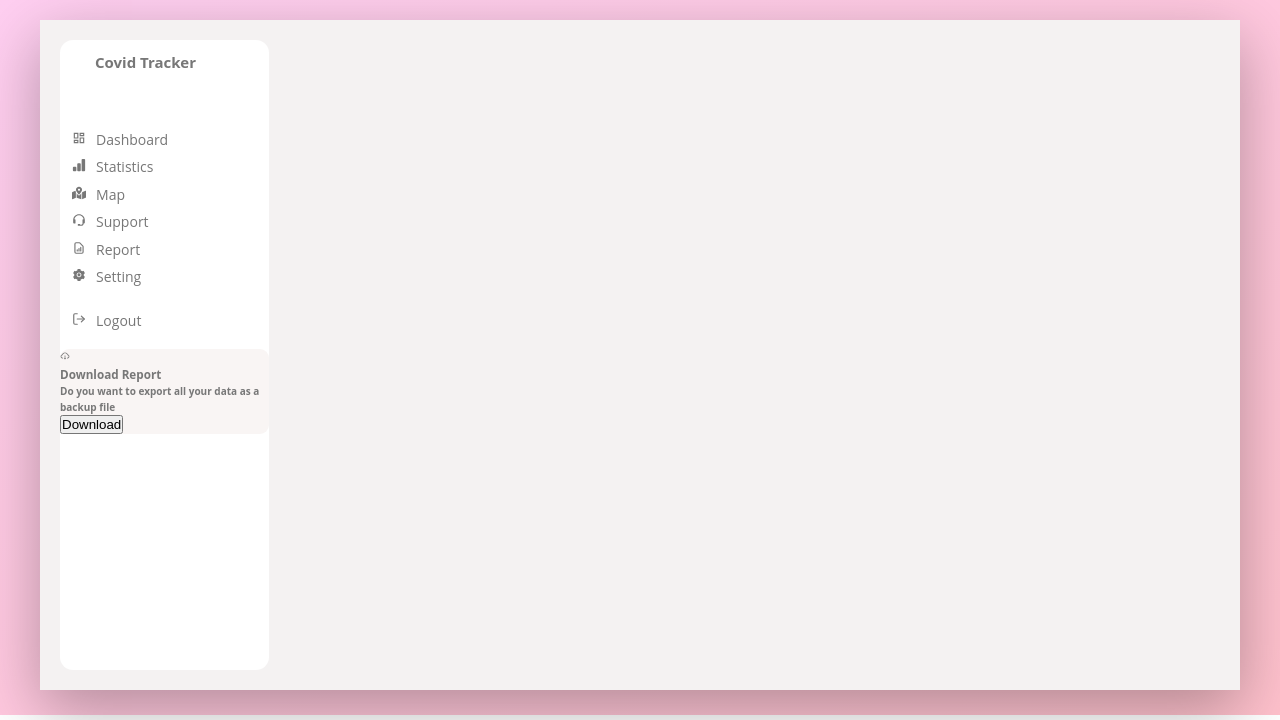
Repository: okidijimmy200/CovidAdminTracker
Page: /
An editor plug-in stored every save of this project. The page is shown before and after the next save, followed by the edit.
The browser window is 1280 px wide. The pictures show the whole page.
The project was rebuilt for these pictures with package versions that can differ from the ones it lists, and the page was loaded fresh each time.

Above is the page before, as saved 2022-06-16 12:36:50.

### public/index.html
<!DOCTYPE html>
<html lang="en">
  <head>
    <meta charset="utf-8" />
    <link rel="icon" href="%PUBLIC_URL%/favicon.ico" />
    <meta name="viewport" content="width=device-width, initial-scale=1" />
    <meta name="theme-color" content="#000000" />
    <meta
      name="description"
      content="Web site created using create-react-app"
    />
    <link rel="apple-touch-icon" href="%PUBLIC_URL%/logo192.png" />
    <!--
      manifest.json provides metadata used when your web app is installed on a
      user's mobile device or desktop. See https://developers.google.com/web/fundamentals/web-app-manifest/
    -->
    <link rel="manifest" href="%PUBLIC_URL%/manifest.json" />
    <!--
      Notice the use of %PUBLIC_URL% in the tags above.
      It will be replaced with the URL of the `public` folder during the build.
      Only files inside the `public` folder can be referenced from the HTML.

      Unlike "/favicon.ico" or "favicon.ico", "%PUBLIC_URL%/favicon.ico" will
      work correctly both with client-side routing and a non-root public URL.
      Learn how to configure a non-root public URL by running `npm run build`.
    -->
    <title>Covid Admin Tracker</title>
  </head>
  <body>
    <noscript>You need to enable JavaScript to run this app.</noscript>
    <div id="root"></div>
    <!--
      This HTML file is a template.
      If you open it directly in the browser, you will see an empty page.

      You can add webfonts, meta tags, or analytics to this file.
      The build step will place the bundled scripts into the <body> tag.

      To begin the development, run `npm start` or `yarn start`.
      To create a production bundle, use `npm run build` or `yarn build`.
    -->
  </body>
</html>

### src/index.scss
:root {
  --color-primary:#eb2f64;
  --color-primary-light:#ffcff1;
  --color-primary-dark:#ffc1cc;
  --color-grey-light-1: #faf9f9;
  --color-grey-light-2: #f4f2f2;
  --color-grey-light-3: #f0eeee;
  --color-grey-light-4: #ccc;
  --color-grey-dark-1: #333;
  --color-grey-dark-2: #777;
  --color-grey-dark-3: #999;

  // creating variable for box
  --shadow-dark: 0 2rem 6rem rgba(0, 0, 0, 0.3);

  --shadow-light: 0 2rem 5rem rgba(0,0,0,.06);
}


* {
  margin: 0;
  padding: 0;
}
*,
*::before,
*::after {
  box-sizing: inherit;
}

html {
  box-sizing: border-box;
  font-size: 62.5%;

}

body {
  font-family: 'Open Sans', sans-serif;
  font-weight: 400;
  line-height: 1.6;
  color: var(--color-grey-dark-2);
  background-image: linear-gradient(to right bottom, var(--color-primary-light), var(--color-primary-dark));
  background-size: cover;
  background-repeat: no-repeat;
  min-height: 96.5vh;
}

### src/App.tsx
import React from 'react';
import Sidebar from './sidebar/sidebar';
import Content from './core/content';
import './App.scss';

function App() {
  return (
    <div data-testid='container' className="container">
      <div className="content">
      <Sidebar />
      <Content />
      </div>

    </div>
  );
}

export default App;

### src/sidebar/sidebar.tsx
import React from 'react'
import {MdOutlineDashboard  } from 'react-icons/md'
import { BsFillBarChartFill } from 'react-icons/bs'
import { FaMapMarkedAlt } from 'react-icons/fa'
import { BiSupport } from 'react-icons/bi'
import { HiOutlineDocumentReport } from 'react-icons/hi'
import { AiFillSetting } from 'react-icons/ai'
import { FiLogOut } from 'react-icons/fi'
import { AiOutlineCloudDownload } from 'react-icons/ai'

import './sidebar.scss'

export default function sidebar() {
  return (
    <>
    <nav className="sidebar">
        <h2 className='title'>Covid Tracker</h2>
        <div className='sidebar-flex'>
            <div>
            <ul className="side-nav">
            <li className="side-nav__item side-nav__item--active">
                <span className='side-nav__icon'><MdOutlineDashboard /></span>
                    <span>Dashboard</span>
            </li>
            <li className="side-nav__item">
                {/* <a href="#" class="side-nav__link"> */}
                    <span className="side-nav__icon">
                        <BsFillBarChartFill />
                        {/* <use xlink:href="img/spritspam#icon-aircraft-take-off"></use> */}
                    </span>
                    <span>Statistics</span>
                {/* </a> */}
            </li>
            <li className="side-nav__item">
                {/* <a href="#" class="side-nav__link"> */}
                    <span className="side-nav__icon">
                        <FaMapMarkedAlt />
                        {/* <use xlink:href="img/sprite.svg#icon-key"></use> */}
                    </span>
                    <span>Map</span>
                {/* </a> */}
            </li>
            <li className="side-nav__item">
                {/* <a href="#" className="side-nav__link"> */}
                    <span className="side-nav__icon">
                        {/* <use xlink:href="img/sprite.svg#icon-map"></use> */}
                        <BiSupport />
                    </span>
                    <span>Support</span>
                {/* </a> */}
            </li>
            <li className="side-nav__item">
                {/* <a href="#" className="side-nav__link"> */}
                    <span className="side-nav__icon">
                        {/* <use xlink:href="img/sprite.svg#icon-map"></use> */}
                        <HiOutlineDocumentReport />
                    </span>
                    <span>Report</span>
                {/* </a> */}
            </li>
            <li className="side-nav__item">
                {/* <a href="#" className="side-nav__link"> */}
                    <span className="side-nav__icon">
                        {/* <use xlink:href="img/sprite.svg#icon-map"></use> */}
                        <AiFillSetting />
                    </span>
                    <span>Setting</span>
                {/* </a> */}
            </li>
        </ul>
            </div>
            <div>
                <ul className="side-nav logout">
                <li className="side-nav__item">
                <span className="side-nav__icon">
                        <FiLogOut />
                    </span>
                <span>Logout</span>
            </li>
                </ul>

            </div>

        <div className="download">
            <span className="side-nav__icon">
                <AiOutlineCloudDownload />
            </span>
            <h3>Download Report</h3>
                <h4>Do you want to export all your data as a backup file</h4>
            <button>Download</button>
        </div>
        </div>
    </nav>
</>
  )
}

### src/core/content.tsx
import React from 'react'

import './content.scss'

export default function Content() {
  return (
    <main className="hotel-view">
    </main>
  )
}

### src/App.scss
.container {
  max-width: 120rem;
  // centering in the view port
  margin: 2rem auto;
  background-color: var(--color-grey-light-2);
  // box-shadow:;
  box-shadow: var(--shadow-dark);

  // min height for testing
  // min-height: 60rem;

}

.content {
  display: flex;
  min-height: 93vh;
  padding: 2rem;
}

### src/sidebar/sidebar.scss

.sidebar {
    // styling the sidebar
    background-color: #fff;
    // flex property to define width, grow 0, shrink 0
    flex: 0 0 18%;
    // to create alot of space in the container for legal text
    border-radius: 1.3rem;
}

.side-nav {
    // adding font size
    font-size: 1.4rem;
    list-style: none;
    margin-top: 3.5rem;


   &__item {
       // parent element set to relative to element the hover effect
       position: relative;
       cursor: pointer;
       margin-left: 1.2rem;

       // to create space btn the items
       &:not(:last-child) {
           margin-bottom: .5rem;
       }
   }

   // this shd be visible only when we hover the item
   &__item:hover::before,
   // to make one of the li items initially highlighted
   &__item--active::before {
       width: 100%;
   }

   // to show the item as selected
   &__item:active::before {
       background-color: #fff;
   }


   &__link:link,
   &__link:visited {
    //    color: var(--color-grey-light-1);
       text-decoration: none;
       text-transform: uppercase;
       display: inline-block;
       padding: 1.5rem 3rem;
       // z-index only works with positioning
       position: relative;
       z-index: 10;
       // to align items in straight line
       display: flex;
       align-items: center;
   }

   &__icon {
       // reduce size of icons
       width: 1.75rem;
       height: 1.75rem;
       margin-right: 1rem;
       // current color is the color of the current element
       fill:currentColor;
   }
}
.logout {
    margin-top: 2.2rem;
    margin-bottom: 1.6rem;
}
.sidebar-flex {
    display: flex;
    flex-direction: column;
    height: 45rem;
}
.title {
    padding: 1rem 2rem 2rem 3.5rem;
}

.download {
    border-radius: .9rem;
    background-color: #F9F5F4;
}

### src/core/content.scss
.hotel-view {
    // background-color: #fff;
    // to make the hotel-view cover up the remaining space
    flex: 1;
    margin-left: 2rem;
}

Loaded but not shown: src/index.tsx (common file); src/reportWebVitals.ts (common file)

After the next save:
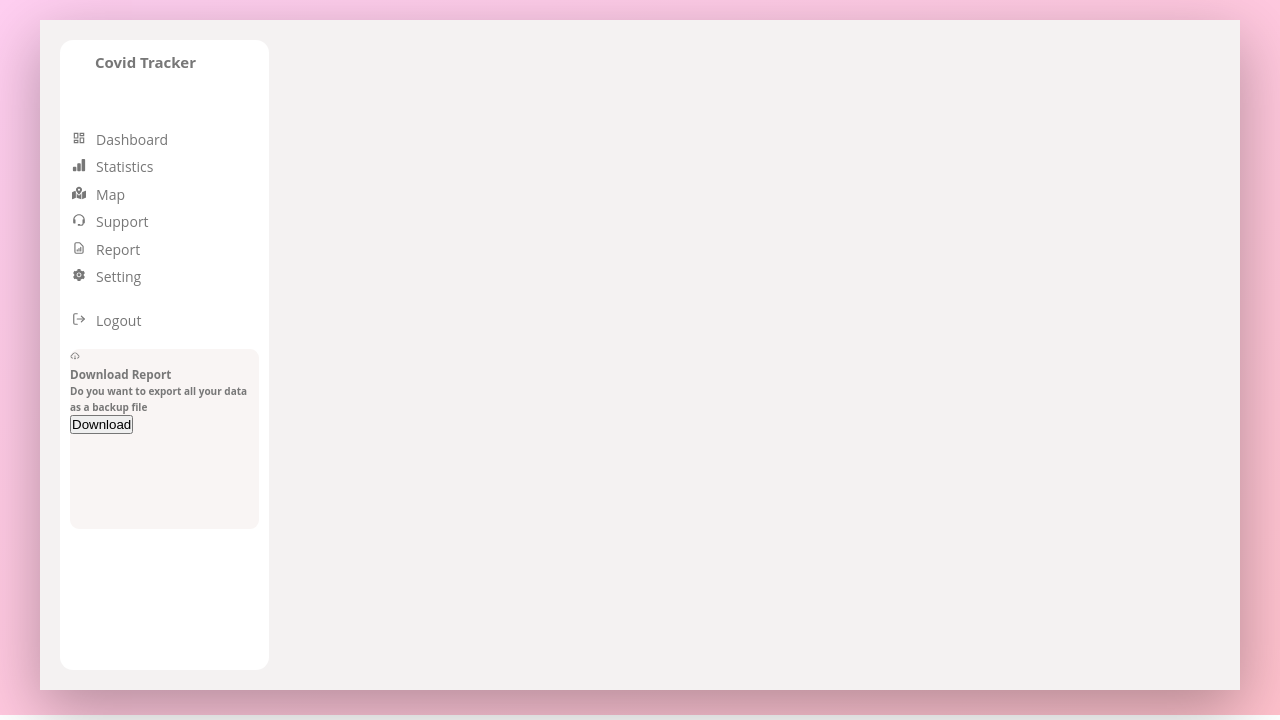
Saved 91 s later.
--- a/src/sidebar/sidebar.scss
+++ b/src/sidebar/sidebar.scss
@@ -80,4 +80,6 @@
 .download {
     border-radius: .9rem;
     background-color: #F9F5F4;
+    height: 18rem;
+    margin: 0 1rem;
 }
